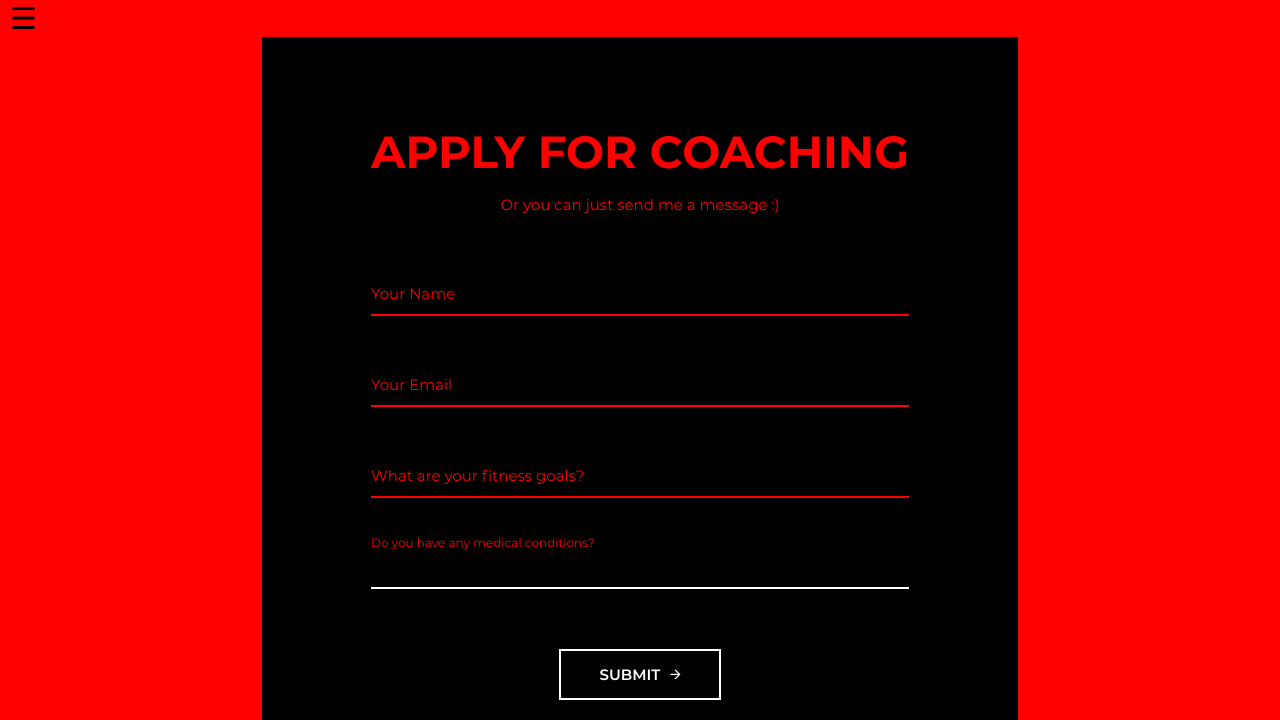
Repository: mamadont/MamadouFitnessWebsite
Page: pages-html/contact-me.html
These files come from the project's save history. The page is drawn as it stood at one moment and after the next save; the edit follows.
The browser window is 1280 px wide. The pictures show the whole page.
An inner scrolling area shows only its first screen. Some web libraries are served in a nearby version.

Above is the page before, as saved 2020-07-08 01:10:45.

### pages-html/contact-me.html
<!DOCTYPE html>
<html>

<head>
    <title>Mamadou Fitness</title>
    <link rel="stylesheet" href='../pages-css/contact.css'>
    <meta name="viewport" content="width=device-width, initial-scale=1.0">

    <!-- Animate.CSS-->
    <link rel="stylesheet" href="https://cdnjs.cloudflare.com/ajax/libs/animate.css/4.0.0/animate.min.css" />
    <!-- Font Awesome -->
    <script src="https://kit.fontawesome.com/0a51dc7bb6.js" crossorigin="anonymous"></script>

    <!-- MATERIAL DESIGN ICONIC FONT -->
    <link rel="stylesheet" href="../fonts/material-design-iconic-font/css/material-design-iconic-font.min.css">

</head>

<body>
    <!-- Parent container-->
    <div id="main" class="bg animate__animated animate__slideInLeft">
        <!-- Hamburger Icon-->
        <span class="menu-icon" onclick="openNav()">&#9776; </span>

        <!-- START: Contact form -->
        <div class="wrapper">
            <div class="inner">
                <form action="">
                    <h3>Apply for Coaching</h3>
                    <p>Or you can just send me a message :)</p>
                    <label class="form-group">
						<input type="text" class="form-control"  required>
						<span>Your Name</span>
						<span class="border"></span>
					</label>
                    <label class="form-group">
						<input type="text" class="form-control"  required>
						<span for="">Your Email</span>
						<span class="border"></span>
					</label>
                    <label class="form-group">
						<textarea name="" id="" class="form-control" required></textarea>
						<span for="">What are your fitness goals?</span>
						<span class="border"></span>
                    </label>
                    <label class="form-group">
						<textarea name="" id="" class="form-control"></textarea>
						<span for="">Do you have any medical conditions?</span>
						<span class="border"></span>
					</label>
                    <button>Submit
						<i class="zmdi zmdi-arrow-right"></i>
					</button>
                </form>
            </div>
        </div>
        <!-- END: Contact form -->

    </div>

    <!-- Side menu-->
    <div id="myNav" class="overlay">
        <a href="javascript:void(0)" class="closebtn" onclick="closeNav()">&times;</a>
        <div class="overlay-content">
            <!-- Menu Options -->
            <a href="../index.html">Home</a>
            <a href="./about-me.html">About me</a>
            <a href="./social-media.html">Social Media</a>
            <a href="#">Workout Programs</a>
            <a href="#">Shop</a>
            <a href="./contact-me.html">Apply for Coaching</a>
        </div>
    </div>

    <!-- Javascript for this page-->
    <script src="../scripts/script.js"></script>




    <!-- Necessary script tags for Bootstrap-->
    <script src="https://code.jquery.com/jquery-3.5.1.slim.min.js" integrity="sha384-DfXdz2htPH0lsSSs5nCTpuj/zy4C+OGpamoFVy38MVBnE+IbbVYUew+OrCXaRkfj" crossorigin="anonymous"></script>
    <script src="https://cdn.jsdelivr.net/npm/popper.js@1.16.0/dist/umd/popper.min.js" integrity="sha384-Q6E9RHvbIyZFJoft+2mJbHaEWldlvI9IOYy5n3zV9zzTtmI3UksdQRVvoxMfooAo" crossorigin="anonymous"></script>
</body>

</html>

### pages-css/contact.css
/* Background Image */

body,
html {
    height: 100%;
    font-family: "Montserrat-Regular";
    color: red;
    font-size: 15px;
    margin: 0;
    overflow-x: hidden;
    background-color: red;
}

.bg {
    /* The image used */
    background-color: red;
    /* Full height */
    height: 100%;
    /* Center and scale the image nicely */
    background-position: center;
    background-repeat: no-repeat;
    background-size: cover;
    z-index: -1;
}


/* Hamburger (Menu) icon */

.menu-icon {
    font-size: 30px;
    cursor: pointer;
    padding-left: 10px;
    color: black;
    height: 300px;
    width: 300px;
}


/* Menu overlay */

.overlay {
    height: 100%;
    width: 0;
    position: fixed;
    z-index: 1;
    top: 0;
    left: 0;
    background-color: rgb(0, 0, 0);
    background-color: rgba(0, 0, 0, 0.9);
    overflow-x: hidden;
    transition: 0.5s;
}

.overlay-content {
    position: relative;
    top: 25%;
    width: 100%;
    text-align: center;
    margin-top: 30px;
}

.overlay a {
    padding: 8px;
    text-decoration: none;
    font-size: 36px;
    color: #818181;
    display: block;
    transition: 0.3s;
}

.overlay a:hover,
.overlay a:focus {
    color: red;
    text-decoration: none;
}

.overlay .closebtn {
    position: absolute;
    top: 20px;
    right: 45px;
    font-size: 60px;
}

@media screen and (max-height: 450px) {
    .overlay a {
        font-size: 20px
    }
    .overlay .closebtn {
        font-size: 40px;
        top: 15px;
        right: 35px;
    }
}


/* Contact form */

@font-face {
    font-family: "Montserrat-Regular";
    src: url("../fonts/Montserrat/Montserrat-Regular.ttf");
}

@font-face {
    font-family: "Montserrat-Bold";
    src: url("../fonts/Montserrat/Montserrat-Bold.ttf");
}

@font-face {
    font-family: "Montserrat-SemiBold";
    src: url("../fonts/Montserrat/Montserrat-SemiBold.ttf");
}

* {
    -webkit-box-sizing: border-box;
    -moz-box-sizing: border-box;
    box-sizing: border-box;
}

input,
textarea,
select,
button {
    font-family: "Montserrat-Regular";
    color: #fff;
    font-size: 15px;
}

p,
h1,
h2,
h3,
h4,
h5,
h6,
ul {
    margin: 0;
}

img {
    max-width: 100%;
}

ul {
    padding-left: 0;
    margin-bottom: 0;
}

a:hover {
    text-decoration: none;
}

 :focus {
    outline: none;
}

.wrapper {
    min-height: 100vh;
    display: flex;
    align-items: center;
    background-size: cover;
}

.inner {
    max-width: 758px;
    margin: auto;
    background: black;
    border: 10px solid black;
    padding: 77px 99px 87px;
    /* box-shadow: 0px 0px 10px 0px rgba(0, 0, 0, 0.2);
    -webkit-box-shadow: 0px 0px 10px 0px rgba(0, 0, 0, 0.2);
    -moz-box-shadow: 0px 0px 10px 0px rgba(0, 0, 0, 0.2);
    -ms-box-shadow: 0px 0px 10px 0px rgba(0, 0, 0, 0.2);
    -o-box-shadow: 0px 0px 10px 0px rgba(0, 0, 0, 0.2); */
}

textarea {
    resize: none;
}

h3 {
    text-transform: uppercase;
    font-size: 45px;
    font-family: "Montserrat-Bold";
    text-align: center;
    margin-bottom: 12px;
}

p {
    text-align: center;
    padding: 0 10px;
    margin-bottom: 55px;
    line-height: 1.8;
}

.form-group {
    position: relative;
    display: block;
    margin-bottom: 48px;
}

.form-group span {
    font-size: 15px;
    color: red;
    position: absolute;
    top: 11px;
    transition: all .2s ease;
    transform-origin: 0 0;
    cursor: text;
}

.form-group span.border {
    height: 2px;
    display: block;
    position: absolute;
    width: 100%;
    left: 0;
    top: 41px;
    transform: scaleX(0);
    transition: all .15s ease;
    background: #fff;
}

.form-control {
    border: none;
    border-bottom: 2px solid red;
    display: block;
    width: 100%;
    height: 43px;
    font-size: 15px;
    background: none;
    font-family: "Montserrat-SemiBold";
}

.form-control:focus,
.form-control:valid {
    border-bottom: 2px solid #fff;
}

.form-control:focus+span,
.form-control:valid+span {
    transform: translateY(-22px) scale(0.8);
}

.form-control:focus+span+.border,
.form-control:valid+span+.border {
    transform: scaleX(1);
}

textarea.form-control {
    padding-top: 10px;
    padding-bottom: 10px;
}

button {
    border: none;
    width: 162px;
    height: 51px;
    border: 2px solid #fff;
    margin: auto;
    margin-top: 60px;
    cursor: pointer;
    display: flex;
    align-items: center;
    justify-content: center;
    padding: 0;
    background: none;
    color: #fff;
    text-transform: uppercase;
    font-family: "Montserrat-SemiBold";
    -webkit-transform: perspective(1px) translateZ(0);
    transform: perspective(1px) translateZ(0);
    position: relative;
    -webkit-transition-property: color;
    transition-property: color;
    -webkit-transition-duration: 0.3s;
    transition-duration: 0.3s;
}

button i {
    margin-left: 10px;
    -webkit-transform: translateZ(0);
    transform: translateZ(0);
    -webkit-transition-duration: 0.1s;
    transition-duration: 0.1s;
    -webkit-transition-property: transform;
    transition-property: transform;
    -webkit-transition-timing-function: ease-out;
    transition-timing-function: ease-out;
}

button:before {
    content: "";
    position: absolute;
    z-index: -1;
    top: 0;
    left: 0;
    right: 0;
    bottom: 0;
    background: red;
    -webkit-transform: scaleX(0);
    transform: scaleX(0);
    -webkit-transform-origin: 0 50%;
    transform-origin: 0 50%;
    -webkit-transition-property: transform;
    transition-property: transform;
    -webkit-transition-duration: 0.3s;
    transition-duration: 0.3s;
    -webkit-transition-timing-function: ease-out;
    transition-timing-function: ease-out;
}

button:hover {
    border-color: transparent;
}

button:hover:before {
    -webkit-transform: scaleX(1);
    transform: scaleX(1);
}

button:hover i {
    -webkit-transform: translateX(4px);
    transform: translateX(4px);
}

@media (max-width: 767px) {
    h3 {
        font-size: 38px;
    }
    p {
        font-size: 14px;
        padding: 0;
    }
    .inner {
        padding: 27px 20px 37px;
        border: none;
        box-shadow: none;
        -webkit-box-shadow: none;
        -moz-box-shadow: none;
        -ms-box-shadow: none;
        -o-box-shadow: none;
    }
    .wrapper {
        background: black;
        border: 10px solid red;
    }
}


/*# sourceMappingURL=style.css.map */

### scripts/script.js
function openNav() {
    // Changes width based on the width of the viewport (30% for larger screens, 100% for smaller screens)
    if (window.innerWidth < 1280) {
        document.getElementById("myNav").style.width = "100%";
    } else {
        document.getElementById("myNav").style.width = "30%";
    }

    document.getElementById("main").style.opacity = 0.5;



}

function closeNav() {
    document.getElementById("myNav").style.width = "0%";
    document.getElementById("main").style.opacity = 1.0
}

Loaded but not shown: fonts/material-design-iconic-font/css/material-design-iconic-font.min.css (library)

After the next save:
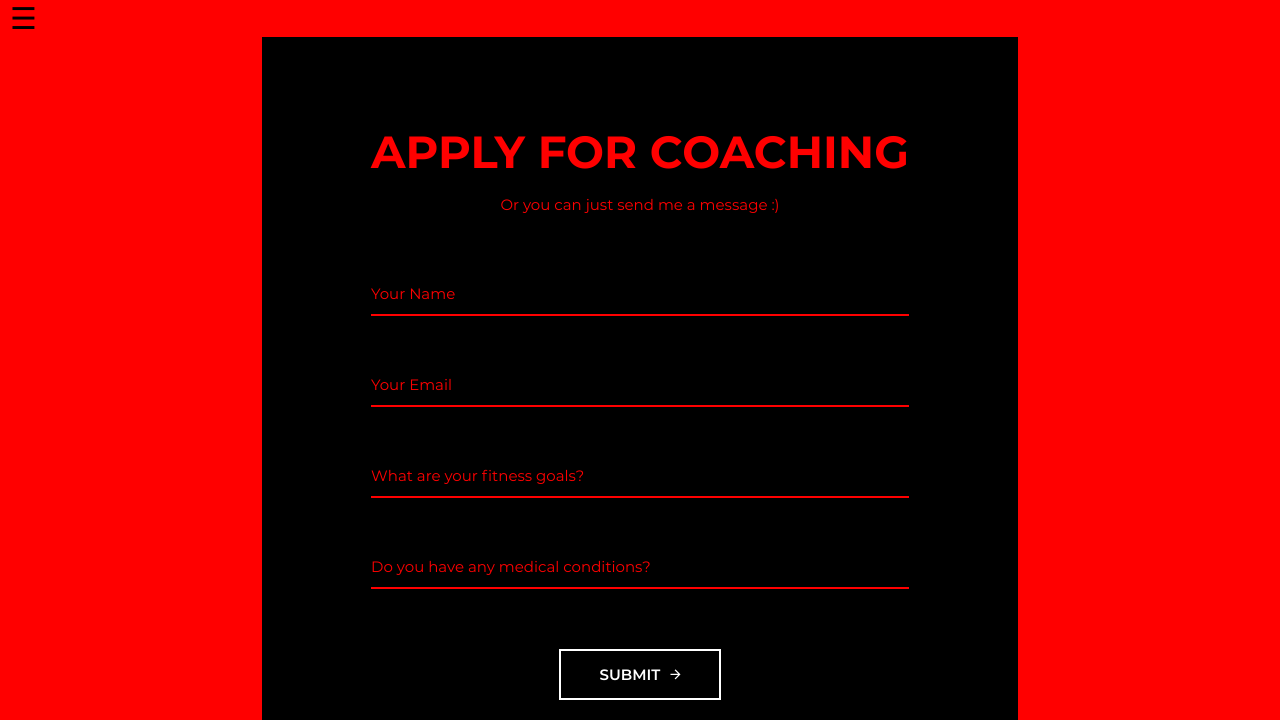
Saved 19 s later.
--- a/pages-html/contact-me.html
+++ b/pages-html/contact-me.html
@@ -44,7 +44,7 @@
 						<span class="border"></span>
                     </label>
                     <label class="form-group">
-						<textarea name="" id="" class="form-control"></textarea>
+						<textarea name="" id="" class="form-control" required></textarea>
 						<span for="">Do you have any medical conditions?</span>
 						<span class="border"></span>
 					</label>
